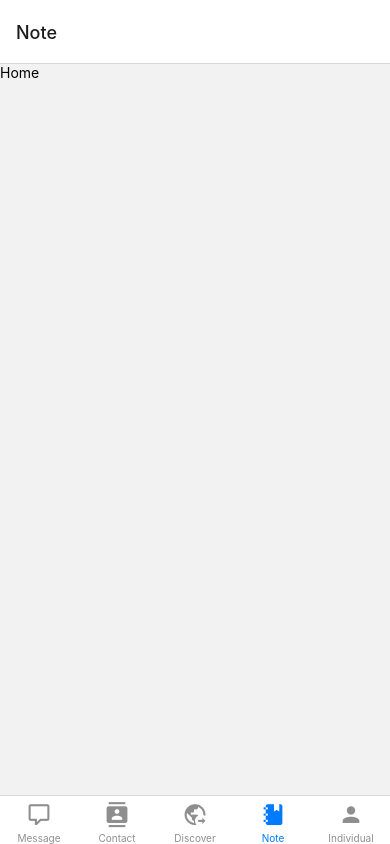
Repository: dinhtq-47/react-native
Screen: /Note
An editor plug-in stored every save of this project. The screen is shown before and after the next save, followed by the edit.
The app was drawn by React Native's web renderer in a window 390 px wide. The project was rebuilt for these pictures with package versions that can differ from the ones it lists, and the page was loaded fresh each time. Also part of the build but not shown: screens/Contact.js, screens/Discover.js, screens/Individual.js.

Above is the screen before, as saved 2022-02-16 18:06:56.

After the next save:
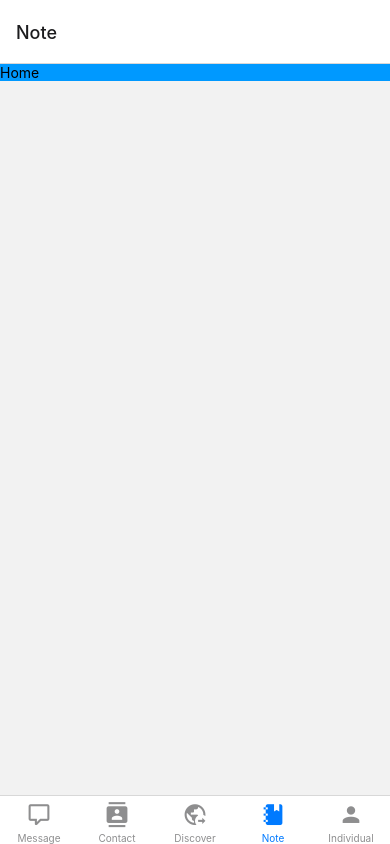
Saved 3 min 12 s later.
--- a/screens/Note.js
+++ b/screens/Note.js
@@ -3,7 +3,7 @@ import { StyleSheet, View, StatusBar, Text, SafeAreaView } from "react-native";
 const Home = () => {
   return (
     <SafeAreaView>
-      <StatusBar barStyle="dark-content" />
+      <StatusBar barSt00yle="dark-content" />
       <View style={styles.container}>
         <Text>Home</Text>
       </View>
@@ -14,6 +14,7 @@ const Home = () => {
 const styles = StyleSheet.create({
   container: {
     width: "100%",
+    backgroundColor: "#0099FF",
     height: "100%",
   },
 });
